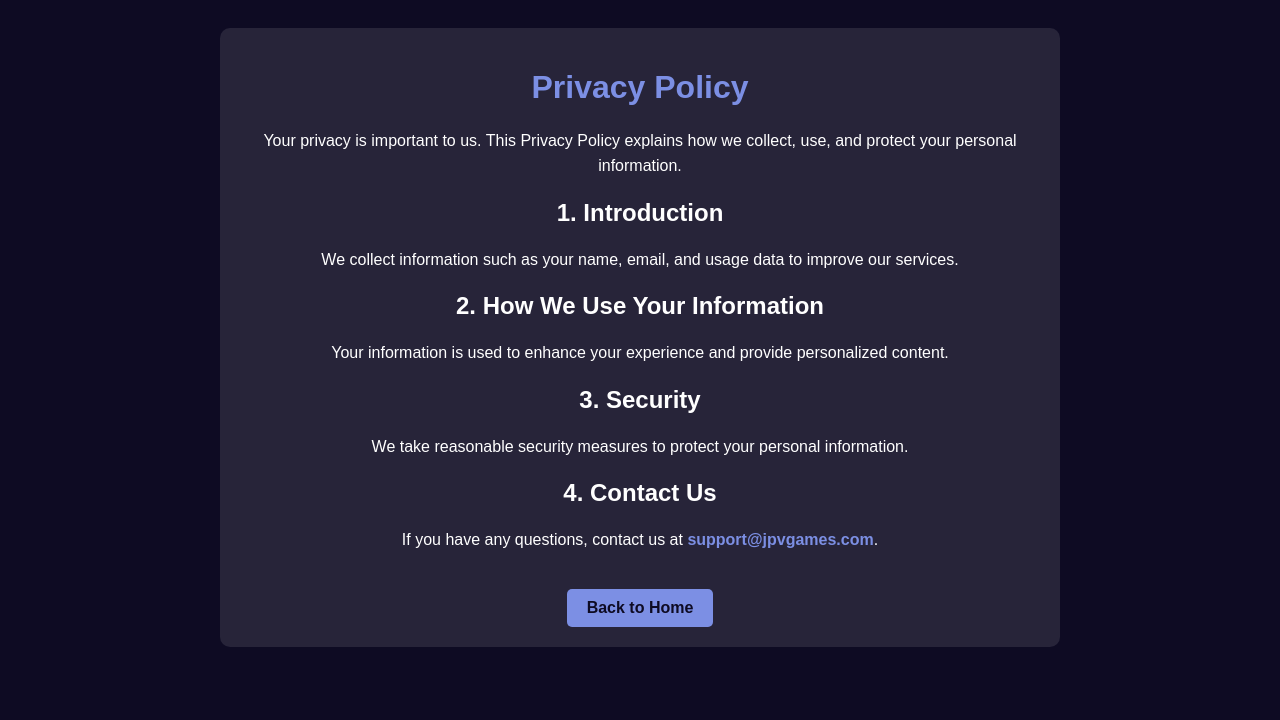
Repository: meenadabhii/jpygames.com
Page: http://localhost/privacy-policy.html
An editor plug-in stored every save of this project. The page is shown before and after the next save, followed by the edit.
The browser window is 1280 px wide. The pictures show the whole page.
The page is served by the project's Node server (app.js).

Above is the page before, as saved 2025-02-08 10:40:12.

### nodejs/views/privacy-policy.html
<!DOCTYPE html>
<html lang="en">
<head>
    <meta charset="UTF-8">
    <meta name="viewport" content="width=device-width, initial-scale=1.0">
    <title>Privacy Policy</title>
    <style>
        body {
            background-color: #0e0b23; /* Dark background */
            color: #ffffff; /* White text */
            font-family: Arial, sans-serif;
            text-align: center;
            padding: 20px;
        }

        .container {
            max-width: 800px;
            margin: auto;
            background: rgba(255, 255, 255, 0.1);
            padding: 20px;
            border-radius: 10px;
        }

        h1 {
            color: #7c8fe4;;
        }

        p {
            line-height: 1.6;
        }

        a {
            color:#7c8fe4;;
            text-decoration: none;
            font-weight: bold;
        }

        a:hover {
            text-decoration: underline;
        }

        .button {
            display: inline-block;
            background: #7c8fe4;
            color: #0e0b23;
            padding: 10px 20px;
            border-radius: 5px;
            margin-top: 20px;
            text-decoration: none;
            font-weight: bold;
        }

        .button:hover {
            background: #4b69f0;
        }
    </style>
</head>
<body>
    <div class="container">
        <h1>Privacy Policy</h1>
        <p>Your privacy is important to us. This Privacy Policy explains how we collect, use, and protect your personal information.</p>

        <h2>1. Introduction</h2>
        <p>We collect information such as your name, email, and usage data to improve our services.</p>

        <h2>2. How We Use Your Information</h2>
        <p>Your information is used to enhance your experience and provide personalized content.</p>

        <h2>3. Security</h2>
        <p>We take reasonable security measures to protect your personal information.</p>

        <h2>4. Contact Us</h2>
        <p>If you have any questions, contact us at <a href="mailto:support@jpvgames.com">support@jpvgames.com</a>.</p>

        <a href="/" class="button">Back to Home</a>
    </div>
</body>
</html>

### nodejs/app.js

const express = require('express')
const app = express()
const port = 6600
const ejs = require('ejs')
const path = require('path')
const fs = require('fs')

app.use(express.static('public'))
app.set('views', path.join(__dirname,'/views'))
app.set('view engine', 'ejs')

const games = JSON.parse(fs.readFileSync('./game.json','utf-8'));

app.use(express.static(path.join(__dirname, 'public')));

app.get('/privacy-policy.html', (req, res) => {
    res.sendFile(path.join(__dirname, 'views', 'privacy-policy.html'));
});

app.get('/', (req, res) => {
    return res.render('home',{games});
})

app.get('/game/:name', (req, res) => {
    const find = games.filter(i => i.slug == req.params.name);
    const newdata = [...Array(8)].map(i => games[(Math.floor(Math.random() * games.length))]);

    if (!find.length) {
        return res.send('404')
    }
    return res.render('singel',{data:find[0], newdata});
})

app.get('/category/:name', (req, res) => {
    const find = games.filter(i => i.type == req.params.name);
    if (!find.length) {
        return res.send('404')
    }
    return res.render('category',{data:find});
})

app.get('/game/:name/play', (req, res) => {
    const find = games.filter(i => i.slug == req.params.name);
    if (!find.length) {
        return res.send('404')
    }
    return res.render('play',{data:find[0]});
})

app.listen(port, () => {
    console.log(`Example app listening on port ${port}`)
})

### nodejs/game.json
[
    {
        "slug":"up-hill-racing",
        "name":"Up Hill Racing",
        "img":"/image/uphillracing.png",
        "type":"sport",
        "url":"https://softgames.cdn.start.gg/9mw8rk6nb6kr/v2/index.html"
    },

    {
        "slug":"midnight-pool-classic",
        "name":"Midnight Pool Classic",
        "img":"/image/midnightpoolclassic.png",
        "type":"sport",
        "url":"https://poolrush.frvr.com/"
    },
    {
        "slug":"gameloft-sports-minigame",
        "name":"Gameloft Sports Minigame",
        "img":"/image/gameloftsportsminigame.png",
        "type":"action",
        "url":"https://cdn.ludigames.com/microsoft/start-gameloftSportsMinigameCollection/08-cdn/h5/gameloftSportsMinigameCollectionFree/play.html"
    },

    {
        "slug":"bike-racing",
        "name":"Bike Racing",
        "img":"/image/bikeracing.png",
        "type":"sport",
        "url":"https://softgames.cdn.start.gg/9pjmwr3lfc0d/v5/index.html"
    },
    {
        "slug":"solitaire-champions",
        "name":"Solitaire Champions",
        "img":"/image/solitairechampions.png",
        "type":"sport",
        "url":"https://hammerplay.cdn.start.gg/9nf29519b076/v1/index.html"
    },
    {
        "slug":"bubble-fall",
        "name":"Bubble Fall",
        "img":"/image/bubblefall.png",
        "type":"arcade",
        "url":"https://html5.suncs.io/bubble-fall/msg/"
    },

    {
        "slug":"idle-mining-empire",
        "name":"Idle Mining Empire",
        "img":"/image/idleminingempire.png",
        "type":"action",
        "url":"https://marketjs.cdn.start.gg/9n3wz0fzx1hr/v27/index.html"
    },
    {
        "slug":"harbor-operator",
        "name":"Harbor Operator",
        "img":"/image/harboroperator.png",
        "type":"action",
        "url":"https://marketjs.cdn.start.gg/9pbd0qpb8kwz/v5/index.html"
    },
    {
        "slug":"backgammon",
        "name":"Backgammon",
        "img":"/image/backgammon.png",
        "type":"arcade",
        "url":"https://marketjs.cdn.start.gg/9n7mfxkl7w06/v5/index.html"
    },
    {
        "slug":"hotel-manager",
        "name":"Hotel Manager",
        "img":"/image/hotelmanager.png",
        "type":"arcade",
        "url":"https://codethislab.cdn.start.gg/9mt20fq1f5zj/v1/index.html"
    },
    {
        "slug":"ultimate-tic-tac-toe",
        "name":"Ultimate Tic Tac Toe",
        "img":"/image/ultimatetictactoe.png",
        "type":"arcade",
        "url":"https://codethislab.cdn.start.gg/9p4z7gtl3mlh/v9/index.html"
    },
    {
        "slug":"island-of-treasures",
        "name":"Island of Treasures",
        "img":"/image/islandoftreasures.png",
        "type":"action",
        "url":"https://hammerplay.cdn.start.gg/9pk306zzrpr5/v6/index.html"
    },
    {
        "slug":"blackjack",
        "name":"Blackjack",
        "img":"/image/blackjack.png",
        "type":"sport",
        "url":"https://codethislab.cdn.start.gg/9mt4hk2d6rcn/v1/index.html"
    },
    {
        "slug":"roulette-royale",
        "name":"Roulette Royale",
        "img":"/image/rouletteroyale.png",
        "type":"sport",
        "url":"https://codethislab.cdn.start.gg/9pmdqv93xn3r/v1/index.html"
    },
    {
        "slug":"mk48",
        "name":"Mk48",
        "img":"/image/mk48.png",
        "type":"action",
        "url":"https://microsoft.mk48.io/"
    },
    {
        "slug":"parking-block",
        "name":"Parking Block",
        "img":"/image/parking-block.png",
        "type":"sport",
        "url":"https://codethislab.cdn.start.gg/9mwhlgqzrsf2/v1/index.html"
    },
    {
        "slug":"code-bananas",
        "name":"Code Bananas",
        "img":"/image/code-bananas.png",
        "type":"action",
        "url":"https://marketjs.cdn.start.gg/9nt6qmtc0mnc/v3/index.html"
    },
    {
        "slug":"stack-the-containers",
        "name":"Stack The Containers",
        "img":"/image/stack-the-containers.png",
        "type":"arcade",
        "url":"https://marketjs.cdn.start.gg/9pk2c9cd597r/v4/index.html"
    },
    {
        "slug":"secrets-of-charmland",
        "name":"Secrets of Charmland",
        "img":"/image/secrets-of-charmland.png",
        "type":"arcade",
        "url":"https://adventure.cleverappssg.com/publish/html5/msstart/"
    },
    {
        "slug":"stickman-brawl",
        "name":"Stickman Brawl",
        "img":"/image/stickman-brawl.png",
        "type":"arcade",
        "url":"https://marketjs.cdn.start.gg/9pmxzdnh0xcq/v9/index.html"
    },
    {
        "slug":"bricks-breaker-deluxe-crusher",
        "name":"Bricks Breaker Deluxe Crusher",
        "img":"/image/bricks-breaker-deluxe-crusher.png",
        "type":"arcade",
        "url":"https://playzool.com/games/bricksBreaker/"
    },
    {
        "slug":"planet-chaos",
        "name":"Planet Chaos",
        "img":"/image/planet-chaos.png",
        "type":"arcade",
        "url":"https://hammerplay.cdn.start.gg/9mtndqf7rjgg/v6/index.html"
    },

    {
        "slug":"jewel-academy",
        "name":"Jewel Academy",
        "img":"/image/jewel-academy.png",
        "type":"arcade",
        "url":"https://cdn.games.mobinozer.com/ext/msn/msn-jewel-academy/prod-msn/v7/"
    },
    {
        "slug":"tile-connect-master",
        "name":"Tile Connect Master",
        "img":"/image/tile-connect-master.png",
        "type":"arcade",
        "url":"https://tile-connect.sunfs.app/ms-games/"
    },
    {
        "slug":"4-pics-1-word",
        "name":"4 Pics 1 Word",
        "img":"/image/4-pics-1-word.png",
        "type":"arcade",
        "url":"https://start.4pics1word.app/"
    },
    {
        "slug":"candy-world-match3-mania",
        "name":"Candy World : match3 mania",
        "img":"/image/candy-world-match3-mania.png",
        "type":"arcade",
        "url":"https://playzool.com/games/candyWorldMM/"
    },
    {
        "slug":"spades",
        "name":"Spades",
        "img":"/image/spades.png",
        "type":"arcade",
        "url":"https://marketjs.cdn.start.gg/9n965bpl2zp1/v12/index.html"
    },
    {
        "slug":"candy-riddles-free-match-3-puzzle",
        "name":"Candy Riddles: Free Match 3 Puzzle",
        "img":"/image/candy-riddles-free-match-3-puzzle.png",
        "type":"arcade",
        "url":"https://riddles.labsystech.ru/publish/html5/msstart/"
    },

    {
        "slug":"cricket-frvr",
        "name":"Cricket FRVR",
        "img":"/image/cricket-frvr.png",
        "type":"sport",
        "url":"https://cricket.frvr.com/"
    },
    {
        "slug":"rally-champion",
        "name":"Rally Champion",
        "img":"/image/rally-champion.png",
        "type":"sport",
        "url":"https://marketjs.cdn.start.gg/9pmdcq52j3hj/v1/index.html"
    },

    {
        "slug":"hunter-hitman",
        "name":"Hunter Hitman",
        "img":"/image/hunter-hitman.png",
        "type":"action",
        "url":"https://marketjs.cdn.start.gg/9n8bq7npxbfw/v9/index.html"
    },

    {
        "slug":"bubbles",
        "name":"Bubbles",
        "img":"/image/bubbles.png",
        "type":"arcade",
        "url":"https://cdn.games.mobinozer.com/ext/msn/msn-bubbles/prod/v1/"
    },
    {
        "slug":"kite-play",
        "name":"Kite Play",
        "img":"/image/kite-play.png",
        "type":"action",
        "url":"https://cdn.ludigames.com/microsoft/start-kite/06-cdn/h5/kiteFree/play.html"
    },
    {
        "slug":"idle-hotel-empire",
        "name":"Idle Hotel Empire",
        "img":"/image/idle-hotel-empire.png",
        "type":"arcade",
        "url":"https://marketjs.cdn.start.gg/9n4rmz09hx1v/v7/index.html"
    },
    {
        "slug":"blockbuster-adventures-puzzle",
        "name":"BlockBuster: Adventures Puzzle",
        "img":"/image/blockbuster-adventures-puzzle.png",
        "type":"arcade",
        "url":"https://woodenblock.cleverappssg.com/publish/html5/msstart/"
    },
    {
        "slug":"ludo-classic-a-dice-game",
        "name":"Ludo classic : a dice game",
        "img":"/image/ludo-classic-a-dice-game.png",
        "type":"arcade",
        "url":"https://playzool.com/games/ludoClassicADG/"
    },
    {
        "slug":"basketball-all-stars",
        "name":"Basketball All Stars",
        "img":"/image/basketball-all-stars.png",
        "type":"sport",
        "url":"https://softgames.cdn.start.gg/9ndkp76s2h24/v10/index.html"
    },
    {
        "slug":"designville",
        "name":"Designville",
        "img":"/image/designville.png",
        "type":"arcade",
        "url":"https://ms-start.designville-merge.g.tapclap.com/"
    },
    {
        "slug":"darts-pro",
        "name":"Darts Pro",
        "img":"/image/darts-pro.png",
        "type":"sport",
        "url":"https://codethislab.cdn.start.gg/9n3n198l6zpj/v3/index.html"
    },
    {
        "slug":"pinball-basketball",
        "name":"Pinball Basketball",
        "img":"/image/pinball-basketball.png",
        "type":"sport",
        "url":"https://marketjs.cdn.start.gg/9n4wl4c46knl/v1/index.html"
    },
    {
        "slug":"midnight-pool-classic",
        "name":"Midnight Pool Classic",
        "img":"/image/midnight-pool-classic.png",
        "type":"sport",
        "url":"https://cdn.ludigames.com/microsoft/start-midnightPoolClassic/09-cdn/h5/midnightPoolClassicFree/"
    },
    {
        "slug":"dinosaurs-merge-master",
        "name":"Dinosaurs Merge Master",
        "img":"/image/dinosaurs-merge-master.png",
        "type":"action",
        "url":"https://dinosaurs-merge-master.sunfs.app/ms-games/"
    },
    {
        "slug":"drift-boss",
        "name":"Drift Boss",
        "img":"/image/drift-boss.png",
        "type":"action",
        "url":"https://marketjs.cdn.start.gg/9p4mrh7g580x/v10/index.html"
    },
    {
        "slug":"santa-parkour",
        "name":"Santa Parkour",
        "img":"/image/santa-parkour.png",
        "type":"arcade",
        "url":"https://marketjs.cdn.start.gg/9n7c9gz12jtz/v4/index.html"
    },
    {
        "slug":"rachel-holmes-find-differences",
        "name":"Rachel Holmes: find differences",
        "img":"/image/rachel-holmes-find-differences.png",
        "type":"arcade",
        "url":"https://differences.cleverappssg.com/publish/html5/msstart/"
    },
    {
        "slug":"liquid-puzzle-sort-the-colors",
        "name":"Liquid puzzle: sort the colors",
        "img":"/image/liquid-puzzle-sort-the-colors.png",
        "type":"arcade",
        "url":"https://playzool.com/games/liquidPuzzleSTC/"
    },
    {
        "slug":"puzzle-daily",
        "name":"Puzzle Daily",
        "img":"/image/puzzle-daily.png",
        "type":"arcade",
        "url":"https://puzzleplayz.us/g/tcap?domain=msngames.tribunecontentagency.com"
    },
    {
        "slug":"wood-block-puzzle",
        "name":"Wood Block Puzzle",
        "img":"/image/wood-block-puzzle.png",
        "type":"arcade",
        "url":"https://softgames.cdn.start.gg/9n81bzp5knxp/v10/index.html"
    },
    {
        "slug":"monopoly-sudoku",
        "name":"Monopoly Sudoku",
        "img":"/image/monopoly-sudoku.png",
        "type":"arcade",
        "url":"https://cdn.games.mobinozer.com/ext/monopoly_sudoku_microsoft/prod/3.1.3-0/"
    },
    {
        "slug":"solitaire-mahjong-juicy",
        "name":"Solitaire Mahjong Juicy",
        "img":"/image/solitaire-mahjong-juicy.png",
        "type":"arcade",
        "url":"https://softgames.cdn.start.gg/9pnq8c4vgsnr/v5/index.html"
    },
    {
        "slug":"merge-alphabet",
        "name":"Merge Alphabet",
        "img":"/image/merge-alphabet.png",
        "type":"arcade",
        "url":"https://marketjs.cdn.start.gg/9p46mtb82zkh/v19/index.html"
    },
    {
        "slug":"classic-nonogram",
        "name":"Classic Nonogram",
        "img":"/image/classic-nonogram.png",
        "type":"arcade",
        "url":"https://codethislab.cdn.start.gg/9np2059nr3db/v24/index.html"
    },
    {
        "slug":"ultimate-sudoku",
        "name":"Ultimate Sudoku",
        "img":"/image/ultimate-sudoku.png",
        "type":"arcade",
        "url":"https://codethislab.cdn.start.gg/9nkxp0kxmpdz/v1/index.html"
    },
    {
        "slug":"kubok-999",
        "name":"Kubok 999",
        "img":"/image/kubok-999.png",
        "type":"arcade",
        "url":"https://kubok.it/games/kubok-999/index-70.html"
    },
    {
        "slug":"lights",
        "name":"lights",
        "img":"/image/lights.png",
        "type":"arcade",
        "url":"https://codethislab.cdn.start.gg/9nkbwk7x5858/v1/index.html"
    },
    {
        "slug":"parking-panic",
        "name":"Parking panic",
        "img":"/image/parking-panic.png",
        "type":"arcade",
        "url":"https://playzool.com/games/parkingPanic/"
    }
]

After the next save:
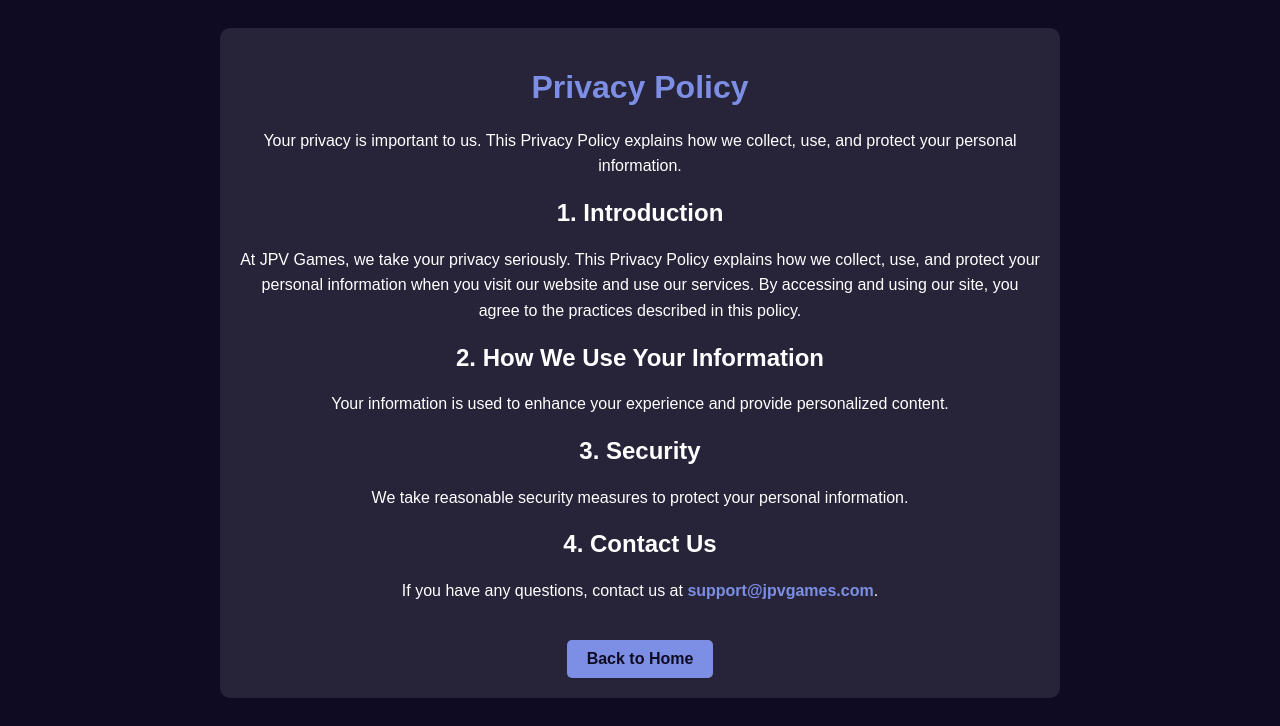
Saved 9 s later.
--- a/nodejs/views/privacy-policy.html
+++ b/nodejs/views/privacy-policy.html
@@ -61,7 +61,7 @@
         <p>Your privacy is important to us. This Privacy Policy explains how we collect, use, and protect your personal information.</p>
 
         <h2>1. Introduction</h2>
-        <p>We collect information such as your name, email, and usage data to improve our services.</p>
+        <p>At JPV Games, we take your privacy seriously. This Privacy Policy explains how we collect, use, and protect your personal information when you visit our website and use our services. By accessing and using our site, you agree to the practices described in this policy.</p>
 
         <h2>2. How We Use Your Information</h2>
         <p>Your information is used to enhance your experience and provide personalized content.</p>
